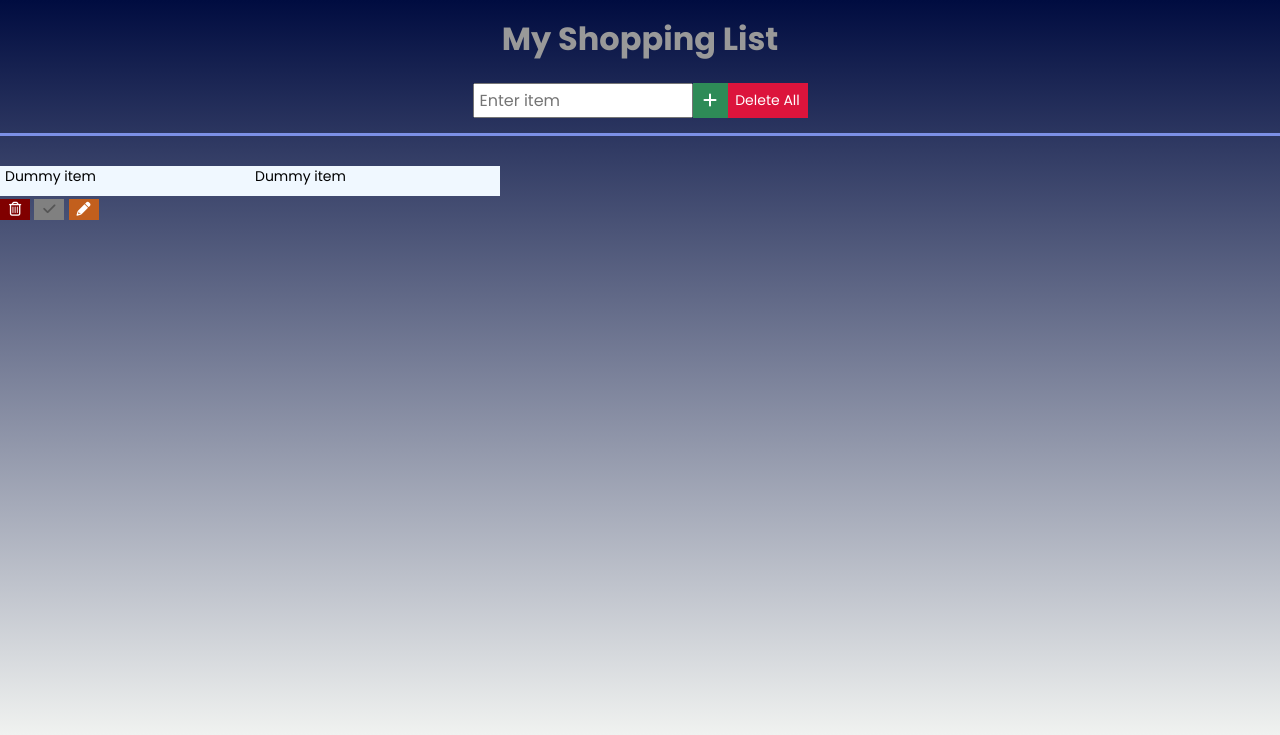
Repository: SaadYasin/shopping-list01-js
Page: index.html
These files come from the project's save history. The page is drawn as it stood at one moment and after a run of saves; the edit follows.
The browser window is 1280 px wide. The pictures show the whole page.

Above is the page before, as saved 2021-12-05 19:11:32.

### index.html
<!DOCTYPE html>
<html lang="en">
<head>
    <meta charset="UTF-8">
    <meta http-equiv="X-UA-Compatible" content="IE=edge">
    <meta name="viewport" content="width=device-width, initial-scale=1.0">
    <title>Shopping List App</title>
    <link rel="stylesheet" href="styles.css">
    <link rel="preconnect" href="https://fonts.googleapis.com">
    <link rel="preconnect" href="https://fonts.gstatic.com" crossorigin>
    <link href="https://fonts.googleapis.com/css2?family=Poppins:ital,wght@0,100;0,300;0,400;0,600;0,700;1,100;1,300;1,400;1,600;1,700&display=swap" rel="stylesheet">

    <link rel="stylesheet" href="https://cdnjs.cloudflare.com/ajax/libs/font-awesome/6.0.0-beta3/css/all.min.css">

</head>
<body>
    <header>
        <h1>My Shopping List</h1>

        <div id="input-form">
            <input type="text" id="item-txt" name="item-text" placeholder="Enter item" aria-label="Enter item" required>

            <button id="btn" class="btn plus-btn" type="button"><i class="fa fa-plus" aria-hidden="true"></i></button>

            <button class="btn btn-delete-all" type="button" >Delete All</button>

        </div>

        <div id="divider"></div>

        <div class="container">
            <ul id="items-list">
                <div class="list-line">
                    <li class="item">Dummy item</li>
                    <button class="btn btn-delete-item" type="button"><i class="far fa-trash-alt"></i></button>
                    <button class="btn btn-done"><i class="fas fa-check"></i></button>
                    <button class="btn btn-edit"><i class="fas fa-pencil-alt"></i></button>
                </div>
                <div class="list-line">
                    <li class="item">Dummy item</li>

                </div>
            </ul>
        </div>
    </header>
    <script src="app.js"></script>
</body>
</html>

### styles.css
* {
    padding: 0;
    margin: 0;
    box-sizing: border-box;
    font-family: 'Poppins', sans-serif;
}

body {
    min-height: 100vh;
    background: #F0F2F0;  /* fallback for old browsers */
background: -webkit-linear-gradient(to top, #f0f2f0 , #000C40);  /* Chrome 10-25, Safari 5.1-6 */
background: linear-gradient(to top,#f0f2f0 , #000C40); /* W3C, IE 10+/ Edge, Firefox 16+, Chrome 26+, Opera 12+, Safari 7+ */


}

header h1 {
    color: #999;
    text-align: center;
    margin-top: 15px;
}

#input-form {
    display: flex;
    margin-top: 20px;
    justify-content: center;
}

#item-txt {
    height: 35px;
    width: 220px;
    font-size: 16px;
    padding-left: 5px;
}

.btn {
    width: 35px;
    border: none;
    outline: none;
    font-size: 14px;
    color: #fff;
    cursor: pointer;
}

.plus-btn {
    background-color: seagreen;
    color: #fff;
    font-size: 16px;
}

.btn-delete-all {
    width: 80px;
    background-color: crimson;

}

#divider {
    width: 100vw;
    height: 3px;
    background-color: #7c90e6;
    margin-top: 15px;
}

.container {
    width: 100%;
    padding-top: 20px;

}

#items-list {
    display: flex;
    fl
    list-style-type: none;
}

.list-line {
    /* display: flex; */
    justify-content: center;
    margin-top: 5px;
}

li {
    display: flex;
    width: 250px;
    height: 30px;
    font-size: 14px;
    background-color: aliceblue;
    padding-left: 5px;
    margin-top: 5px;
    margin-left: auto;
    margin-right: auto;

}

.btn-delete-item {
    width: 30px;
    background-color: maroon;
    color: #fff;

}

.btn-done {
    width: 30px;
    border: none;
    background-color: gray;
    color: #555;
    font-size: 14px;
}

.btn-edit {
    width: 30px;
    background-color: rgb(194, 95, 29);
    color: #fff;

}

### app.js
const addBtn = document.querySelector('#btn');
const inputText = document.querySelector('#item-txt');
const list = document.querySelector('.container ul');

addBtn.addEventListener('click', (e) => {

    // Check that there is an input text
    if (inputText.value !== "") {
        e.preventDefault();

        // Create li
        const newLi = document.createElement('li');
        newLi.innerHTML = inputText.value;
        list.appendChild(newLi);
    }
});

After the next 2 saves:
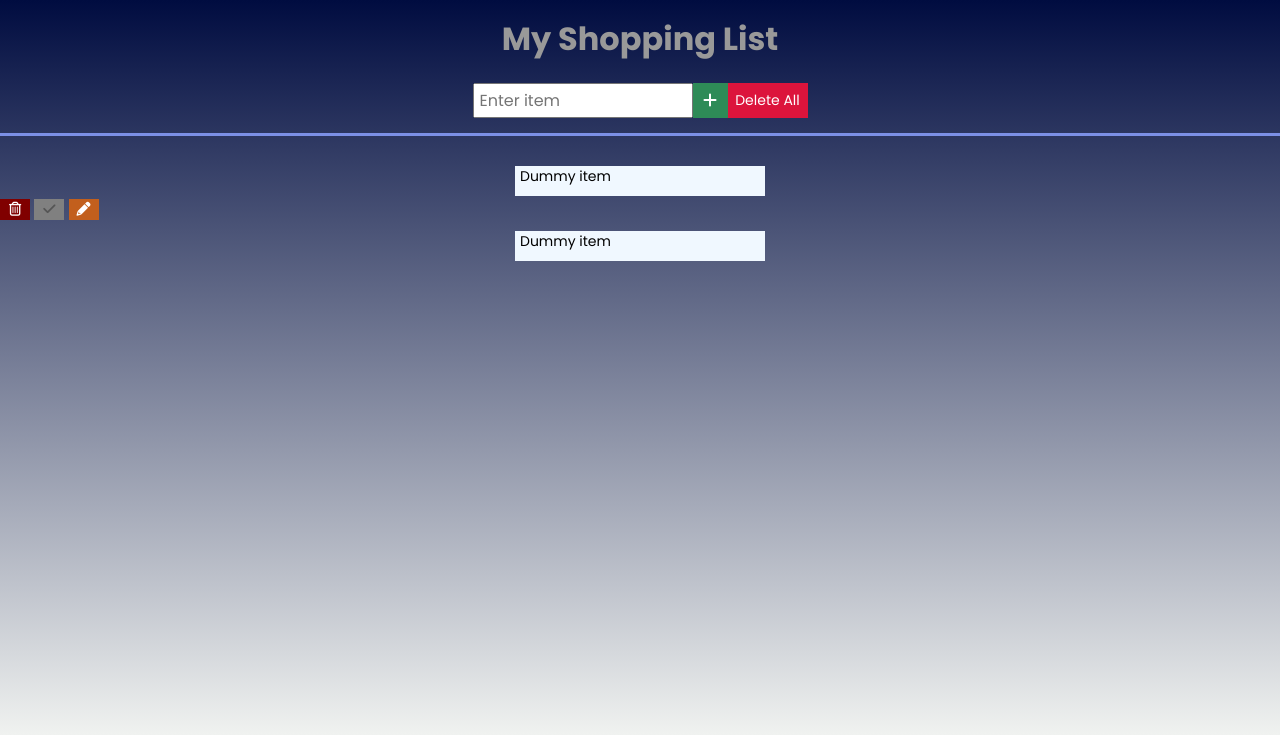
The 2 saves are shown as one change because they came seconds apart.
The last was saved 9 s later.
--- a/styles.css
+++ b/styles.css
@@ -69,7 +69,7 @@ header h1 {
 
 #items-list {
     display: flex;
-    fl
+    flex-direction: column;
     list-style-type: none;
 }
 
